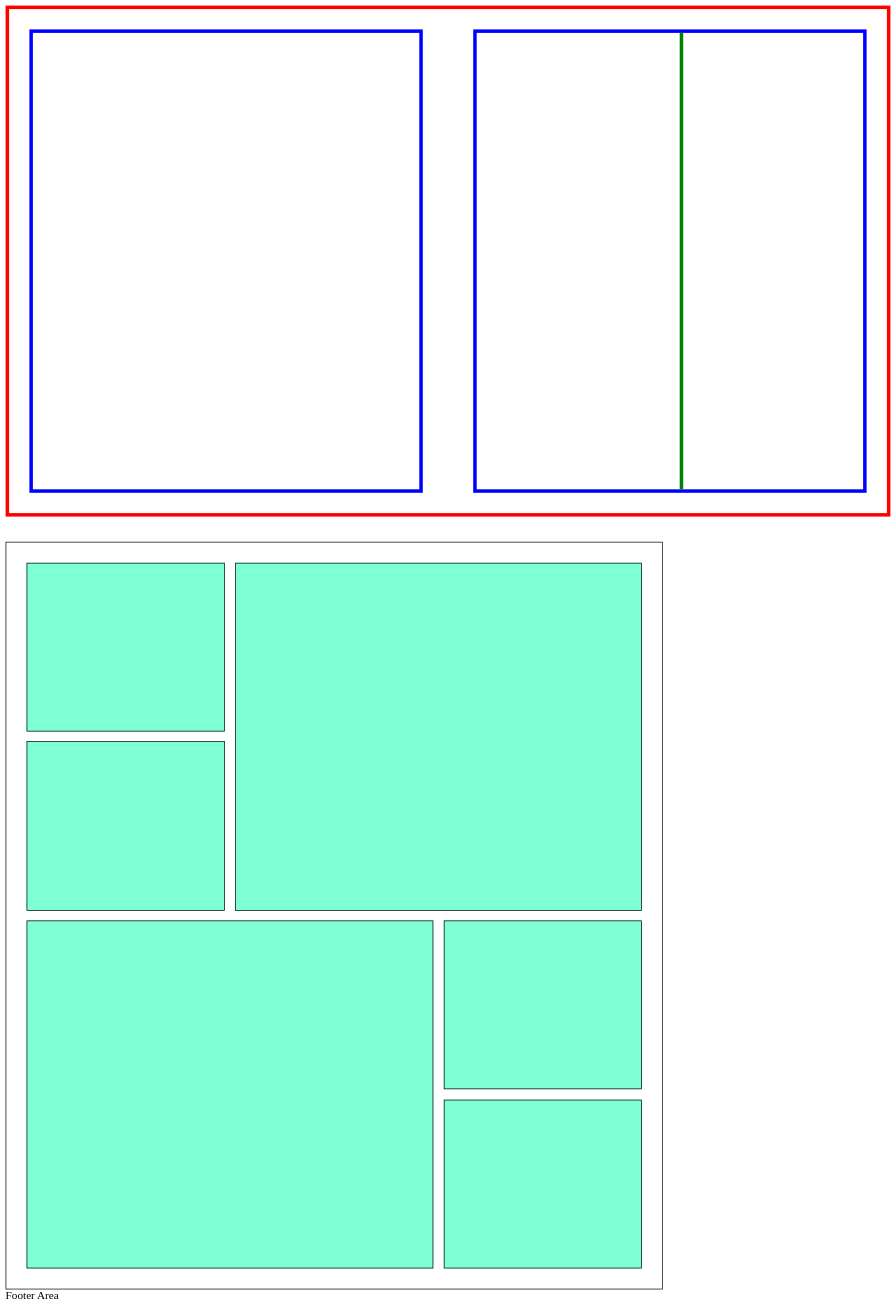
Repository: BwesewB/Brutalist-Website
Page: /
An editor plug-in stored every save of this project. The page is shown before and after the next save, followed by the edit.
The browser window is 1280 px wide. The pictures show the whole page, at 70% of full size.
The project was rebuilt for these pictures with package versions that can differ from the ones it lists, and the page was loaded fresh each time. The framework's server and built-in components were replaced by stand-ins that run in the browser. Also part of the build but not shown: next.config.mjs.

Above is the page before, as saved 2024-02-03 17:22:52.

After the next save:
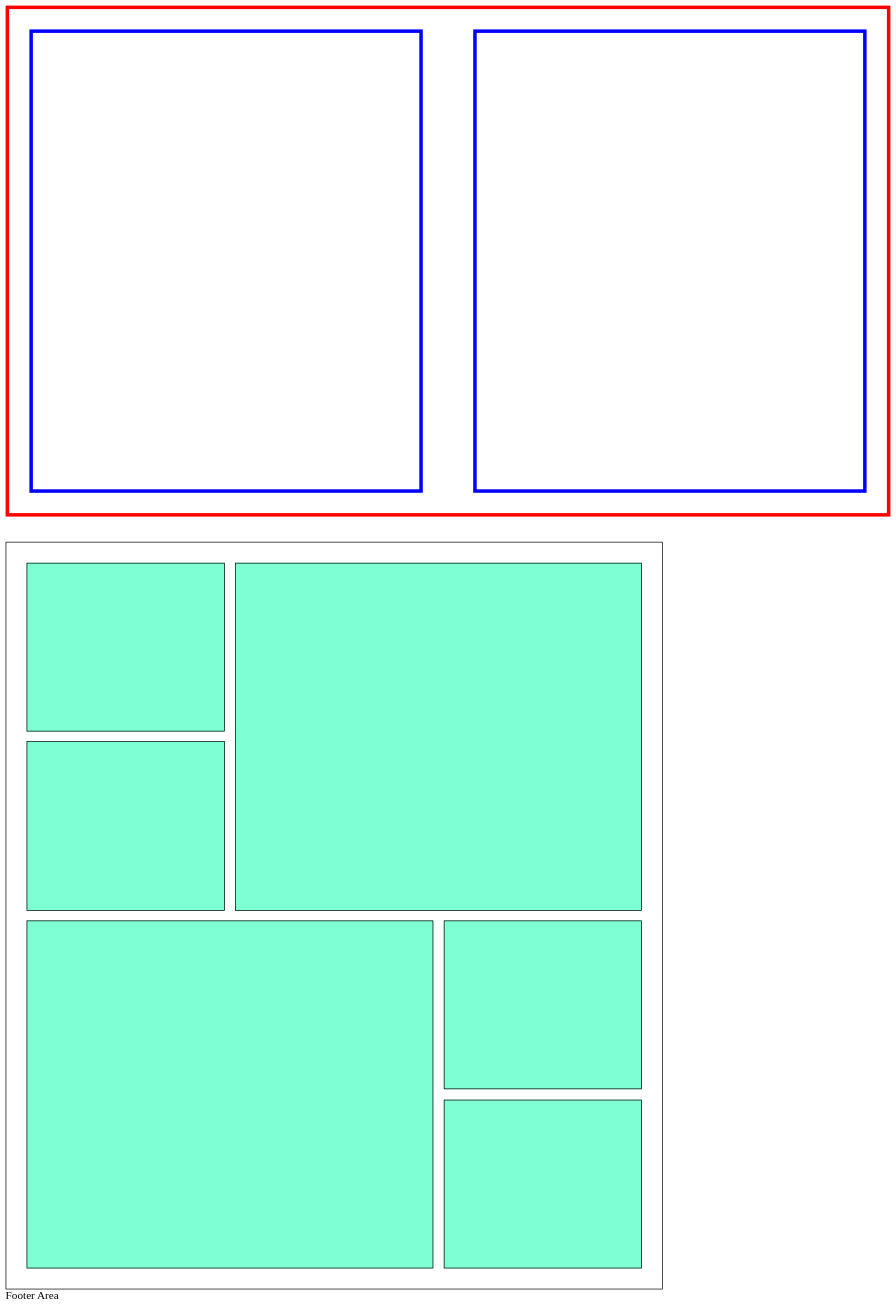
Saved 45 s later.
--- a/styles/Home.module.css
+++ b/styles/Home.module.css
@@ -47,7 +47,7 @@
 .inputArea{
   grid-column: 2/3;
   border-left: 5px solid green;
-  display:fixed;
+  position:fixed;
 }
 
 /*---------------------------------------------------------------------------------------------------------*/
